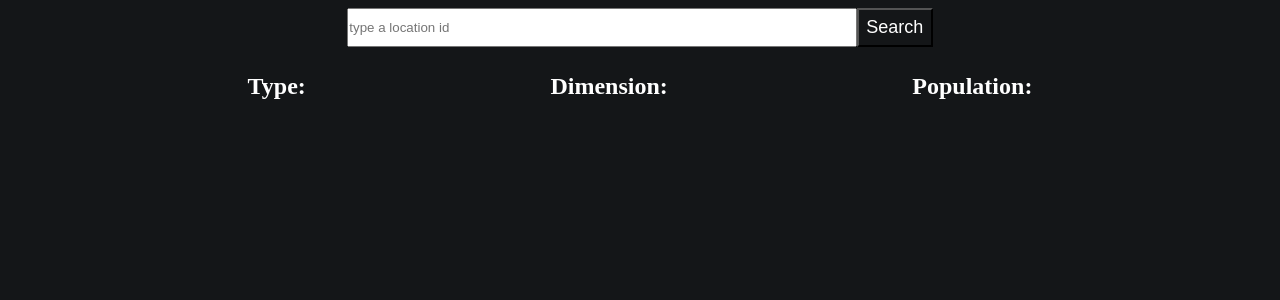
Repository: RobertAries28/ApiRickyMortin
Page: /
These files come from the project's save history. The page is drawn as it stood at one moment and after the next save; the edit follows.
The browser window is 1280 px wide. The pictures show the whole page.
The page's requests for data from a server got no answer. The project was rebuilt for these pictures with package versions that can differ from the ones it lists, and the page was loaded fresh each time. No one was signed in, and anything a server would have sent is missing. Also part of the build but not shown: src/ResidentInfo.js.

Above is the page before, as saved 2022-04-29 09:54:40.

After the next save:
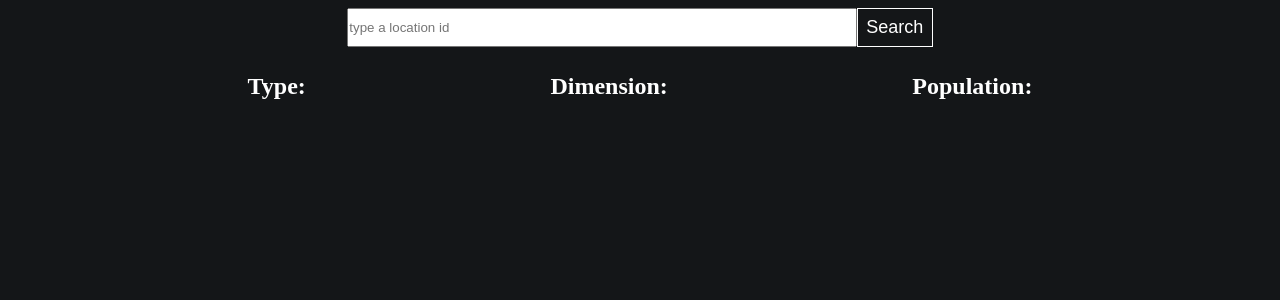
Saved 34 s later.
--- a/src/index.css
+++ b/src/index.css
@@ -84,5 +84,5 @@ body{
   background: #141618;
   color: white;
   font-size: 18px;
-  margin: 1px solid white;
+  border: 1px solid white;
 }
